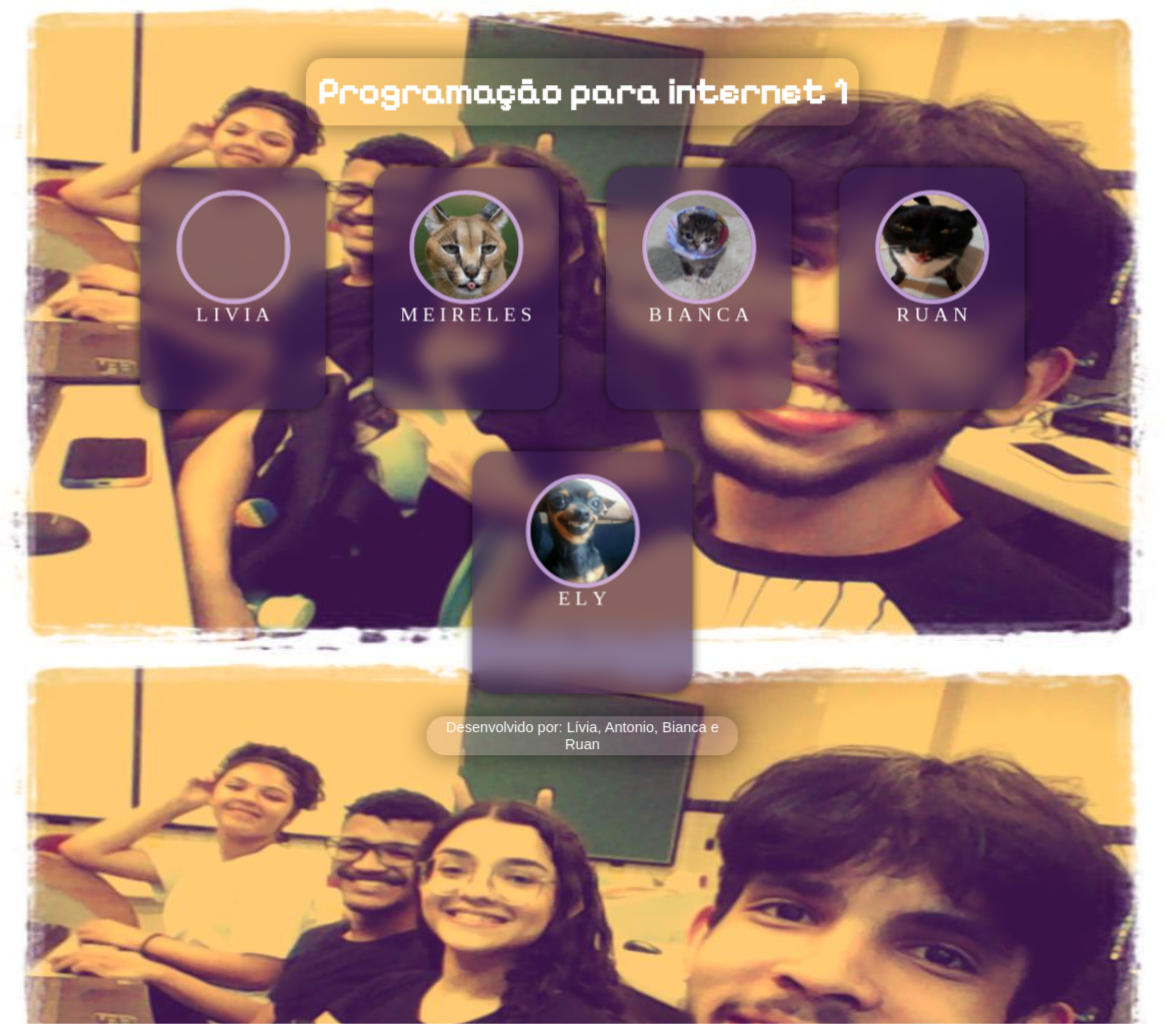
Repository: Meidesu/portifolio-PI
Page: index.html
An editor plug-in stored every save of this project. The page is shown before and after a run of saves, followed by the edit.
The browser window is 1280 px wide. The pictures show the whole page, at 91% of full size.
Backgrounds fixed to the window are drawn as part of the page.

Above is the page before, as saved 2024-02-20 09:16:55.
Not found: assets/livia.wepp

### index.html
<!DOCTYPE html>
<html lang="en">

<head>
    <meta charset="UTF-8">
    <meta name="viewport" content="width=device-width, initial-scale=1.0">
    <title>Nosso portifólio</title>
    <link rel="stylesheet" href="styles.css">
    <link rel="stylesheet" href="names.css">
</head>

<body>
    <h1 class="titulo">Programação para internet 1</h1>



    <div class="caixa-de-cards">


        <div class="card">
            <header>
                <img src="assets/livia.wepp" alt="">
                <div class="about">

                    <div id=" text">

                        <a href="https://github.com/liviaalves00" target="_blank">

                            <div class="line">
                                <p class="livia fancy">
                                    <span class="letter">L</span>
                                    <span class="letter">i</span>
                                    <span class="letter">v</span>
                                    <span class="letter">i</span>
                                    <span class="letter">a</span>
                                </p>
                            </div>
                        </a>
                    </div>
                </div>
            </header>
            <main>
                <h3>Hobbies</h3>
                <p>Ler, Desenhar, Jogar, Estudar, Ouvir Música, Programar </p>
                <h3>Habilidades</h3>
                <p>Desenhar, Ler em lugares barulhentos, Ler muito rápido, ver as lives do Alan</pp>
            </main>
        </div>

        <div class="card">
            <header>
                <img src="assets/mei.webp" alt="">
                <div class="about">
                    <div id=" text">
                        <a href="https://github.com/Meidesu" target="_blank">

                            <div class="line">
                                <p class="meireles fancy">
                                    <span class="letter">M</span>
                                    <span class="letter">e</span>
                                    <span class="letter">i</span>
                                    <span class="letter">r</span>
                                    <span class="letter">e</span>
                                    <span class="letter">l</span>
                                    <span class="letter">e</span>
                                    <span class="letter">s</span>
                                </p>
                            </div>
                        </a>
                    </div>
                </div>
            </header>
            <main>
                <h3>Hobbies</h3>
                <p>Ler, Aprender idiomas, Desenvolver jogos, Jogar, Programar</p>
                <h3>Habilidades</h3>
                <p>Pixel Art, Péssima Dicção, Desenvolver jogos, Fazer bolo.</p>
            </main>
        </div>

        <div class="card">
            <header>
                <div>
                    <img src="assets/bia.webp" alt="">
                </div>
                <div class="about">
                    <div id=" text">
                        <a href="https://github.com/bianca-bezerra" target="_blank">

                            <div class="line">
                                <p class="bianca fancy">
                                    <span class="letter">B</span>
                                    <span class="letter">i</span>
                                    <span class="letter">a</span>
                                    <span class="letter">n</span>
                                    <span class="letter">c</span>
                                    <span class="letter">a</span>
                                </p>
                            </div>
                        </a>
                    </div>
                </div>
            </header>
            <main>
                <h3>Hobbies</h3>
                <p>Balé, Parkour, Taekwondo, Saxofonista, Roteirista, canto, tocar piano, natação, confeitaria, teatro,
                    roboticista,
                    game dev</p>
                <h3>Habilidades</h3>
                <p>Búzio, cartas e tarô</p>

            </main>
        </div>


        <div class="card">
            <header>
                <img src="assets/ruan.jpg" alt="">
                <div class="about">
                    <div id=" text">
                        <a href="https://github.com/msruan" target="_blank">

                            <div class="line">
                                <p class="ruan fancy">
                                    <span class="letter">R</span>
                                    <span class="letter">u</span>
                                    <span class="letter">a</span>
                                    <span class="letter">n</span>
                                </p>
                            </div>
                        </a>
                    </div>
                </div>
            </header>
            <main>
                <h3>Hobbies</h3>
                <p>Vôlei, xadrez, teclado, programação<br>
                </p>
                <h3>Habilidades</h3>
                <p>Agachamento em uma perna só</p>
            </main>
        </div>

    </div>

    <div class="card">
        <header>
            <img src="assets/dog-ely.jpg" alt="">
            <div class="about">

                <div id=" text">

                    <a href="https://br.linkedin.com/in/ely-miranda-2544a2136" target="_blank">

                        <div class="line">
                            <p class="ely fancy">
                                <span class="letter">E</span>
                                <span class="letter">l</span>
                                <span class="letter">y</span>
                            </p>
                        </div>
                    </a>
                </div>
            </div>
        </header>
        <main>
            <h3>Sites e ferramentas</h3>
            <a target="_blank" href="https://dribbble.com/">Dribble</a> <br>
            <a target="_blank" href="https://www.figma.com/">Figma</a> <br>
            <a target="_blank"
                href="https://marketplace.visualstudio.com/items?itemName=negokaz.live-server-preview">Live Server
                Preview</a> <br>
            <!-- úteis em relação ao conteúdo da disciplina, como plugins/extensões e bibliotecas; -->

            <h3>Sugestões</h3><!-- para a condução da disciplina.</h3> -->
            <ul>
                <li>Mais trabalhos em grupo</li>
                <li>Material de apoio</li>
                <li>Exemplos do mundo real</li>
                <li>Aplicações simples, mas robustas</li>
            </ul>
        </main>
    </div>

    <script src="https://cdn.jsdelivr.net/npm/canvas-confetti@1.9.2/dist/confetti.browser.min.js"></script>
    <script src="confetti.js"></script>

    <footer>
        <!-- <p>Desenvolvido por: Lívia, Antonio, Bianca e Ruan</p> -->
        <div class="button-wrapper">
            <button class="confetti-button">Desenvolvido por: Lívia, Antonio, Bianca e Ruan</button>
        </div>
    </footer>

</body>

</html>

### styles.css
@import url('https://fonts.googleapis.com/css2?family=Pixelify+Sans&display=swap');
@import url('https://fonts.googleapis.com/css2?family=Poppins&display=swap');

* {
    margin: 0;
    padding: 0;
}

body {
    background-attachment: fixed;
    background-image: url("./assets/bg.jpg");
    background-repeat: no-repeat;
    background-size: 100% 100%;
    display: flex;
    flex-direction: column;
    align-items: center;
    justify-content: center;

    background-position: center;
}

.titulo {
    color: #ffffff;
    font-family: 'Pixelify Sans';
    font-size: 70px;
    text-align: center;
    display: inline;
    margin: 5% 0% 2% 0%;

    padding: 1%;
    border-radius: 20px;
    box-shadow: 0 0 30px rgba(0, 0, 0, 0.5);
    backdrop-filter: blur(100px);
}

.card:hover {
    height: auto;
    transform: translate(-15px, -15px) scale(1.05);
    /* transform: scale(1.05); */
    background-color: rgba(57, 29, 83, 0.75);
    border-top: 3px solid rgba(226, 196, 233, 0.75);
    border-left: 3px solid rgba(226, 196, 253, 0.75);
}

.caixa-de-cards {
    width: 80%;
    height: 70%;

    display: flex;
    flex-direction: row;
    flex-wrap: wrap;
    align-items: top;
    justify-content: space-around;
    border-radius: 25px;
}

.card {
    background-color: rgba(57, 29, 83, 0.6);
    height: 30vh;
    width: 15%;
    align-items: center;
    margin: 2%;
    color: white;
    border-radius: 25px;
    padding: 25px;
    display: flex;
    flex-direction: column;
    transition: 0.25s;
    box-shadow: 0px 0px 10px rgba(0, 0, 0, 0.7);
    backdrop-filter: blur(10px);

}

.card header {
    display: flex;
    flex-direction: column;
    justify-content: center;
    align-items: center;
}

.card div {
    display: flex;
    justify-content: center;
}

.card img {
    object-fit: cover;
    height: 215px;
    width: 215px;
    border-radius: 100%;
    border: 5px solid rgba(226, 196, 253, 0.75);
}

.card header h2 {
    font-family: 'Pixelify Sans';
    margin-top: 6px;
    text-wrap: wrap;
    font-size: 35px;
    text-align: center;
}

.card main {
    font-size: 1.4vw;
    font-family: 'Poppins';
    text-align: start;
    width: 100%;
    list-style: none;
    margin: 0 10px;
    transform: translateY(40px);
    transition: 0.5s;
    opacity: 0;
}

.card:hover main {
    transform: translateY(0px);
    opacity: 1;
}

.card main h3 {
    margin-top: 10px;
    font-family: 'Pixelify Sans';
    font-size: 1.7vw;
}

.card main a {
    text-decoration: underline;
    font-size: 1.4vw;
    font-family: 'Poppins';
}

.card main ul {
    padding: 5%;
}


@media (max-width: 1400px) {
    .card img {
        height: 115px;
        width: 115px;
    }

    .titulo {
        font-size: 40px;
    }
}

/* footer{
    /* padding: 20px 0; */
/* font-size: 50px;

} */

.confetti-button {
    background-color: rgba(226, 196, 233, 0.15);
    color: #fff;
    padding: 10px 10px;
    border: none;
    border-radius: 5px;
    font-size: 16px;
    cursor: pointer;
    transition: all 0.3s ease;

    padding: 1%;
    border-radius: 20px;
    box-shadow: 0 0 30px rgba(0, 0, 0, 0.5);
    backdrop-filter: blur(100px);
}

.confetti-button:hover {
    transform: scale(1.05);
    background-color: rgba(57, 29, 83, 0.6);
    backdrop-filter: blur(100px);
}

### names.css
.card a {
    color: white;
    text-decoration: none;
}

.about{
    /* width: 70%;
    height: 70%;
      */


    /* padding: 20px 0;
    font-size: 50px; */

    /* color: white; */
    font-size: 1.7vw;
    /* font-family: "Rubik", sans-serif; */
    /* margin: 3rem; */
    text-transform: uppercase;

}

.line {
    display: flex;
    justify-content: space-between;
}

.about:has(.fancy:hover) .word:not(.fancy:hover){
    opacity: 0.2;
}

.fancy > .letter {
    display: inline-block;
    transition: transform 350ms ease;
}

.fancy > .letter {
    transition-duration: 800ms;
}

.ruan:hover > .letter:nth-child(1){
    transform: translate(-60%, -20%) rotate(5deg);
}
.ruan:hover > .letter:nth-child(2){
    transform: translate(-30%, 20%) rotate(-10deg);
}
.ruan:hover > .letter:nth-child(3){
    transform: translate(0%, -10%) rotate(15deg);
}
.ruan:hover > .letter:nth-child(4){
    transform: translate(30%, 10%) rotate(-5deg);
}

.meireles:hover > .letter:nth-child(1){
    transform: translate(-30%, -30%) rotate(20deg);
}
.meireles:hover > .letter:nth-child(2){
    transform: translate(-40%, 20%) rotate(-15deg);
}
.meireles:hover > .letter:nth-child(3){
    transform: translate(-30%, -10%) rotate(10deg);
}
.meireles:hover > .letter:nth-child(4){
    transform: translate(-10%, 15%) rotate(-5deg);
}
.meireles:hover > .letter:nth-child(5){
    transform: translate(10%, -15%) rotate(-25deg);
}
.meireles:hover > .letter:nth-child(6){
    transform: translate(30%, 10%) rotate(5deg);
}
.meireles:hover > .letter:nth-child(7){
    transform: translate(40%, -20%) rotate(-10deg);
}
.meireles:hover > .letter:nth-child(8){
    transform: translate(50%, 30%) rotate(15deg);
}

.bianca:hover > .letter:nth-child(1){
    transform: translate(-50%, -20%) rotate(10deg);
}
.bianca:hover > .letter:nth-child(2){
    transform: translate(-25%, 20%) rotate(-15deg);
}
.bianca:hover > .letter:nth-child(3){
    transform: translate(0%, -10%) rotate(20deg);
}
.bianca:hover > .letter:nth-child(4){
    transform: translate(25%, 10%) rotate(-25deg);
}
.bianca:hover > .letter:nth-child(5){
    transform: translate(50%, -20%) rotate(15deg);
}
.bianca:hover > .letter:nth-child(6){
    transform: translate(75%, 20%) rotate(-10deg);
}


.livia:hover > .letter:nth-child(1){
    transform: translate(-60%, -20%) rotate(10deg);
}
.livia:hover > .letter:nth-child(2){
    transform: translate(-30%, 20%) rotate(-15deg);
}
.livia:hover > .letter:nth-child(3){
    transform: translate(0%, -10%) rotate(20deg);
}
.livia:hover > .letter:nth-child(4){
    transform: translate(30%, 10%) rotate(-15deg);
}
.livia:hover > .letter:nth-child(5){
    transform: translate(60%, -20%) rotate(10deg);
}

.ely:hover > .letter:nth-child(1){
    transform: translate(-80%, -25%) rotate(8deg);
}
.ely:hover > .letter:nth-child(2){
    transform: translate(-40%, 10%) rotate(-4deg);
}
.ely:hover > .letter:nth-child(3){
    transform: translate(0%, -15%) rotate(-8deg);
}

### confetti.js
document.addEventListener("DOMContentLoaded", function() {
    document.getElementsByClassName("confetti-button")[0].addEventListener("click", function() {var duration = 15 * 1000;
        var animationEnd = Date.now() + duration;
        var defaults = { startVelocity: 30, spread: 360, ticks: 60, zIndex: 0 };

        function randomInRange(min, max) {
          return Math.random() * (max - min) + min;
        }

        var interval = setInterval(function() {
          var timeLeft = animationEnd - Date.now();

          if (timeLeft <= 0) {
            return clearInterval(interval);
          }

          var particleCount = 50 * (timeLeft / duration);
          // since particles fall down, start a bit higher than random
          confetti({ ...defaults, particleCount, origin: { x: randomInRange(0.1, 0.3), y: Math.random() - 0.2 } });
          confetti({ ...defaults, particleCount, origin: { x: randomInRange(0.7, 0.9), y: Math.random() - 0.2 } });
        }, 250);});
});

After the next 2 saves:
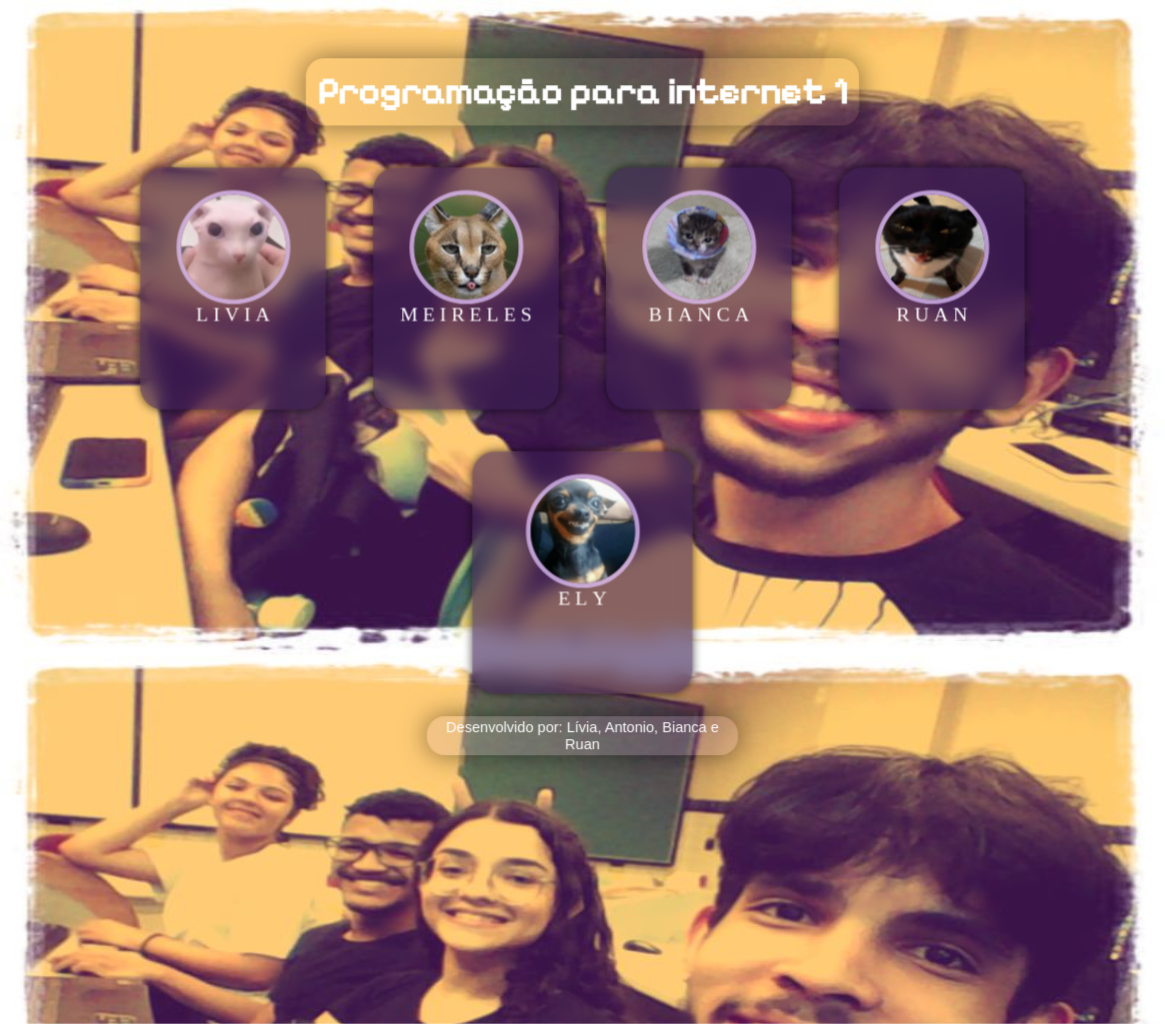
The 2 saves are shown as one change because they came seconds apart.
The last was saved 7 s later.
--- a/index.html
+++ b/index.html
@@ -19,7 +19,7 @@
 
         <div class="card">
             <header>
-                <img src="assets/livia.wepp" alt="">
+                <img src="assets/livia.webp" alt="">
                 <div class="about">
 
                     <div id=" text">
